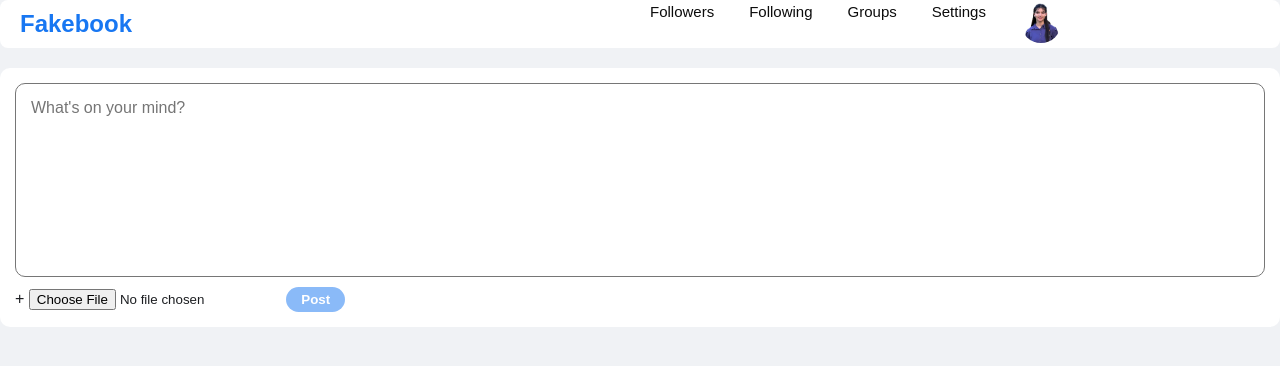
Repository: harpreetkaur2201/FAKEBOOK
Page: fakebook_profile/index.html
An editor plug-in stored every save of this project. The page is shown before and after the next save, followed by the edit.
The browser window is 1280 px wide. The pictures show the whole page.

Above is the page before, as saved 2025-11-14 19:55:38.

### fakebook_profile/index.html
<!doctype html>
<html lang="en">
<head>
  <meta charset="utf-8" />
  <meta name="viewport" content="width=device-width, initial-scale=1" />
  <title>Fakebook</title>
  <link rel="stylesheet" href="./assets/styles/style.css">
</head>
<body>
  <header>
    <div class="logo">Fakebook</div>
    <nav>
      <a href="#followers">Followers</a>
      <a href="#following">Following</a>
      <a href="#groups">Groups</a>
      <a href="#settings">Settings</a>
      <a href="#profile"><img id="headerAvatar" src="./assets/Profile pic.jpg" alt="Profile" class="avatar"></a>
    </nav>
  </header>

  <main>
    <section class="create-post">
      <form id="postForm">
        <textarea id="postText" placeholder="What's on your mind?" rows="9"></textarea>
        <div>
          <label for="imageInput">+</label>
            <input id="imageInput" type="file" accept="image/*">
          <button id="postBtn" type="submit" disabled>Post</button>
        </div>
      </form>
    </section>

    <section id="posts"></section>
  </main>

  <div id="modal" class="modal" aria-hidden="true">
    <div class="modal-content">
      <a href="#" id="closeModal">Close</a>
      <div>
        <div id="modalAvatar"></div>
        <h2 id="modalName">Your Name</h2>
        <p id="modalBio">Your bio will appear here.</p>
      </div>
    </div>
  </div>
    <script type="module" src="./assets/script/script.js"></script>
</body>
</html>

### fakebook_profile/assets/styles/style.css
* {
  padding: 0;
  margin: 0;
  box-sizing: border-box;
  font-family: Arial, sans-serif;
}

body {
  background: #f0f2f5;
  color: #1c1e21;

}

.container {
  max-width: 700px;
  margin: 20px auto;
  padding: 0 15px;
}

header {
  display: flex;
  justify-content: space-between;
  align-items: center;
  background: white;
  padding: 10px 20px;
  border-radius: 8px;
  color: #1877f2;
  position: relative;
}

header .logo {
  font-size: 1.5rem;
  font-weight: bold;
}

header nav {
  position: absolute;
  left:50%;
  display: flex;
  gap: 15px;
}

header nav a {
  text-decoration: none;
  color: #0c0c0c;
  font-size: 15px;
  padding: 5px 10px;
  border-radius: 6px;
  transition: background 0.2s;
}

header nav a:hover {
  background: #e4e6eb;
}

header nav img.avatar {
  width: 40px;
  height: 40px;
  border-radius: 50%;
  object-fit: cover;
}

.create-post form {
  display: flex;
  flex-direction: column;
  gap: 10px;
  background: white;
  padding: 15px;
  margin-top: 20px;
  border-radius: 10px;
}

#create-post textarea,
.create-post textarea {
  width: 100%;
  min-height: 120px;
  padding: 15px;
  border-radius: 10px;
  font-size: 16px;
  resize: none;
}

.controls {
  display: flex;
  align-items: center;
  gap: 10px;
}

.file-label {
  background: #e4e6eb;
  padding: 5px 8px;
  border-radius: 8px;
  cursor: pointer;
}

.controls input[type="file"] {
  display: none;
}

#postBtn {
  padding: 5px 15px;
  border-radius: 20px;
  background: #1877f2;
  color: white;
  font-weight: bold;
  cursor: pointer;
  border: none;
}

#postBtn:disabled {
  opacity: 0.5;
  cursor: not-allowed;
}

.posts {
  margin-top: 20px;
  display: flex;
  flex-direction: column;
  gap: 15px;
}

.post {
  background: white;
  padding: 10px;
  border-radius: 10px;
}

.post-header {
  display: flex;
  align-items: center;
  gap: 10px;
  margin-bottom: 8px;
}

.post-header .avatar {
  width: 35px;
  height: 35px;
  border-radius: 50%;
  background: #ccc;
  display: flex;
  align-items: center;
  justify-content: center;
  color: white;
  font-weight: bold;
}

.post-body img {
  max-width: 100%;
  margin-top: 8px;
  border-radius: 8px;
}

.modal {
  position: fixed;
  inset: 0;
  background: rgba(0, 0, 0, 0.5);
  display: flex;
  justify-content: center;
  align-items: center;
  opacity: 0;
  pointer-events: none;
  transition: opacity 0.3s ease;
  z-index: 1000;
}

.modal[aria-hidden="false"] {
  opacity: 1;
  pointer-events: auto;
}

.modal-content {
  background: white;
  padding: 20px;
  border-radius: 12px;
  max-width: 400px;
  width: 90%;
  position: relative;
  box-shadow: 0 4px 10px rgba(0, 0, 0, 0.2);
  text-align: center;
}

.modal-content #closeModal {
  position: absolute;
  top: 10px;
  right: 15px;
  font-size: 1.2rem;
  text-decoration: none;
  color: #333;
}

.account-view h2 {
  margin: 10px 0 5px 0;
  font-size: 1.2rem;
}

.account-view .bio-text {
  font-size: 14px;
  color: #2d2626;
  margin-bottom: 10px;
}

.modal-avatar img {
  width: 60px;
  height: 60px;
  border-radius: 50%;
  object-fit: cover;
}

.account-view div a {
  display: inline-block;
  flex: 1;
  margin: 5px 3px;
  padding: 6px;
  border-radius: 8px;
  background: #e4e6eb;
  font-weight: 500;
  text-decoration: none;
  color: #000;
  transition: background 0.2s;
}

.account-view div a:hover {
  background: #d8dadf;
}

### fakebook_profile/assets/script/script.js
// assets/script/script.js  (make sure index.html uses this file path with type="module")
import { User } from './user.js';
import { Subscriber } from './subscriber.js';

document.addEventListener('DOMContentLoaded', () => {
  // DOM
  const postForm = document.getElementById('postForm');
  const postText = document.getElementById('postText');
  const imageInput = document.getElementById('imageInput');
  const postBtn = document.getElementById('postBtn');
  const postsContainer = document.getElementById('posts');

  const headerAvatar = document.getElementById('headerAvatar');
  const modal = document.getElementById('modal');
  const closeModalBtn = document.getElementById('closeModal');
  const modalName = document.getElementById('modalName');
  const modalBio = document.getElementById('modalBio');
  const modalAvatar = document.getElementById('modalAvatar');

  // Create Subscriber with all required properties (manually provided)
  const account = new Subscriber(
    101,                                  // id
    "Harpreet Kaur",                      // name
    "harpreet123",                        // userName
    "harpreet@example.com",               // email
    ["Food Lovers", "Travel Diaries"],    // pages (array)
    ["Winnipeg Students", "Punjabi Group"], // groups (array)
    true                                  // canMonetize (boolean)
  );

  // UI-only profile (bio + profile pic) — NOT part of the User required fields
  const accountProfile = {
    bio: "Hi! I love food and travel.",
    profilePic: "./assets/Profile pic.jpg"
  };

  // Post class uses account.getInfo() for header name
  class Post {
    constructor(userInfo, profile, text, image) {
      this.userInfo = userInfo; // object from getInfo()
      this.profile = profile;   // UI fields
      this.text = text;
      this.image = image;
      this.time = new Date();
    }

    render() {
      const postDiv = document.createElement('div');
      postDiv.className = 'post';

      // Header: avatar, name, time
      const headerDiv = document.createElement('div');
      headerDiv.className = 'post-header';

      const avatarDiv = document.createElement('div');
      avatarDiv.className = 'avatar';
      if (this.profile.profilePic) {
        avatarDiv.style.backgroundImage = `url(${this.profile.profilePic})`;
        avatarDiv.style.backgroundSize = 'cover';
        avatarDiv.style.backgroundPosition = 'center';
      } else {
        avatarDiv.textContent = this.userInfo.name.charAt(0);
      }

      const nameDiv = document.createElement('div');
      const nameEl = document.createElement('div');
      nameEl.textContent = this.userInfo.name;

      const timeEl = document.createElement('div');
      timeEl.className = 'post-meta';
      timeEl.textContent = this.time.toLocaleString();

      nameDiv.appendChild(nameEl);
      nameDiv.appendChild(timeEl);
      headerDiv.appendChild(avatarDiv);
      headerDiv.appendChild(nameDiv);

      // Body
      const bodyDiv = document.createElement('div');
      bodyDiv.className = 'post-body';
      if (this.text && this.text.trim() !== '') {
        const textP = document.createElement('p');
        textP.textContent = this.text;
        textP.style.textAlign = 'center';
        bodyDiv.appendChild(textP);
      }
      if (this.image) {
        const img = document.createElement('img');
        img.src = this.image;
        img.alt = 'Posted image';
        bodyDiv.appendChild(img);
      }

      postDiv.appendChild(headerDiv);
      postDiv.appendChild(bodyDiv);
      return postDiv;
    }
  }

  const posts = [];

  // Toggle Post button: require text OR image
  function togglePostBtn() {
    postBtn.disabled = postText.value.trim() === '' && imageInput.files.length === 0;
  }

  postText.addEventListener('input', togglePostBtn);
  imageInput.addEventListener('change', togglePostBtn);

  // Submit
  postForm.addEventListener('submit', (e) => {
    e.preventDefault();
    if (imageInput.files[0]) {
      const reader = new FileReader();
      reader.onload = () => createPost(reader.result);
      reader.readAsDataURL(imageInput.files[0]);
    } else {
      createPost(null);
    }
  });

  function createPost(imageData) {
    const userInfo = account.getInfo(); // Subscriber.getInfo() calls super.getInfo()
    const newPost = new Post(userInfo, accountProfile, postText.value, imageData);
    posts.unshift(newPost);
    renderPosts();
    postForm.reset();
    togglePostBtn();
  }

  function renderPosts() {
    postsContainer.innerHTML = '';
    posts.forEach(p => {
      if (p.text || p.image) postsContainer.appendChild(p.render());
    });
  }

  // Modal logic — USE getInfo() to populate
  headerAvatar.addEventListener('click', () => {
    const info = account.getInfo();  // <-- must come from getInfo()
    modalName.textContent = info.name;
    modalBio.textContent = accountProfile.bio || '';
    modalAvatar.innerHTML = '';
    if (accountProfile.profilePic) {
      const img = document.createElement('img');
      img.src = accountProfile.profilePic;
      img.alt = info.name;
      modalAvatar.appendChild(img);
    }

    // OPTIONAL: show subscriber details inside modal too (pages/groups)
    // Example: append below bio:
    const extra = document.createElement('div');
    extra.innerHTML = `<small>Pages: ${info.pages.join(', ') || '—'}</small><br>
                       <small>Groups: ${info.groups.join(', ') || '—'}</small><br>
                       <small>Can monetize: ${info.canMonetize}</small>`;
    modalAvatar.parentElement.appendChild(extra);

    modal.setAttribute('aria-hidden', 'false');
  });

  closeModalBtn.addEventListener('click', () => {
    modal.setAttribute('aria-hidden', 'true');
    // remove appended extra if present (clean)
    const parent = modalAvatar.parentElement;
    if (parent.lastElementChild && parent.lastElementChild.tagName === 'DIV' &&
        parent.lastElementChild.innerHTML.includes('Can monetize')) {
      parent.removeChild(parent.lastElementChild);
    }
  });

  modal.addEventListener('click', (e) => { if (e.target === modal) modal.setAttribute('aria-hidden', 'true'); });

  // initial
  togglePostBtn();
}); // end DOMContentLoaded

### fakebook_profile/assets/script/user.js
'use strict';

// user.js
export class User {
  #id;
  #name;
  #userName;
  #email;

  constructor(id, name, userName, email) {
    this.#id = id;
    this.#name = name;
    this.#userName = userName;
    this.#email = email;
  }

  getInfo() {
    return {
      id: this.#id,
      name: this.#name,
      userName: this.#userName,
      email: this.#email
    };
  }
}

### fakebook_profile/assets/script/subscriber.js
'use strict';
// subscriber.js
import { User } from './user.js';

export class Subscriber extends User {
  #pages;
  #groups;
  #canMonetize;

  constructor(id, name, userName, email, pages = [], groups = [], canMonetize = false) {
    super(id, name, userName, email);
    this.#pages = pages;
    this.#groups = groups;
    this.#canMonetize = canMonetize;
  }

  getInfo() {
    return {
      ...super.getInfo(),
      pages: this.#pages,
      groups: this.#groups,
      canMonetize: this.#canMonetize
    };
  }
}

After the next save:
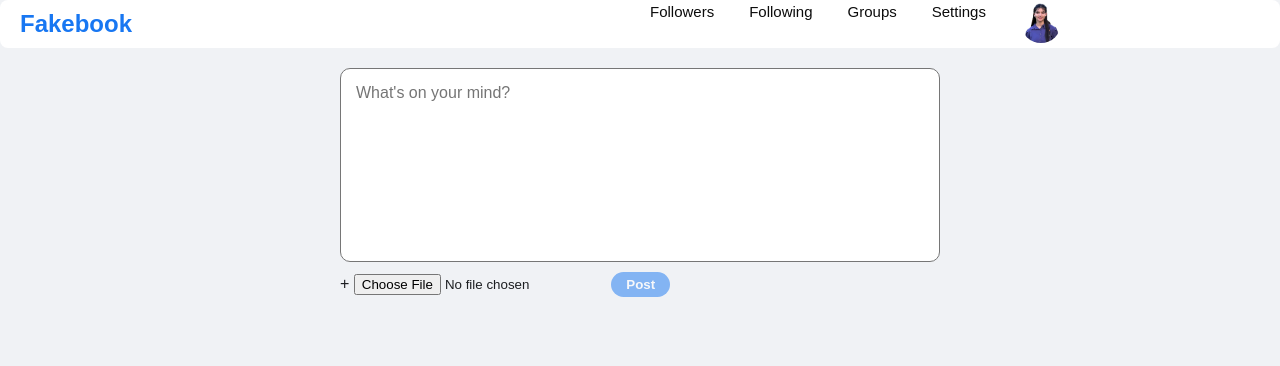
Saved 55 s later.
--- a/fakebook_profile/assets/styles/style.css
+++ b/fakebook_profile/assets/styles/style.css
@@ -60,14 +60,19 @@ header nav img.avatar {
   object-fit: cover;
 }
 
+.create-post {
+  max-width: 600px; /* limit width */
+  margin: 20px auto; /* center form */
+}
+
 .create-post form {
   display: flex;
   flex-direction: column;
   gap: 10px;
-  background: white;
+ /* background: white;
   padding: 15px;
   margin-top: 20px;
-  border-radius: 10px;
+  border-radius: 10px; */
 }
 
 #create-post textarea,
